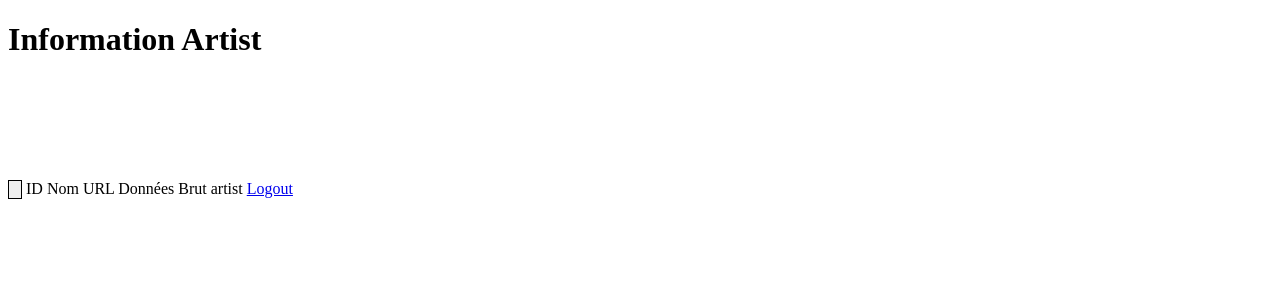
Repository: laurentbul/ApplicationEssai
Page: http://localhost/code/artists.php
The author's editor kept a copy of each file at every save. The page is drawn from the files as they stood at one save, then again after the next save.
The browser window is 1280 px wide. The pictures show the whole page.
The page is run by PHP 8.4 with error messages shown; the project is at /var/www/html/. The session is filled in as if someone had signed in: {"name": "Test User"}. Other server files are loaded and not shown. Queries for data that is not in the repository find no rows.

Above is the page before, as saved 2023-04-11 09:27:35.

### ncode/artists.php
<?php
    // en haut de page, avec la requête :
   // $tableau = $requete->fetchAll(PDO::FETCH_OBJ);
  //  var_dump($tableau);
    // on importe le contenu du fichier "db.php"
    include 'db.php';
    // on exécute la méthode de connexion à notre BDD
    $db = connexionBase();

    // on lance une requête pour chercher toutes les fiches d'artistes
    $requete = $db->query('SELECT * FROM artist');
    // on récupère tous les résultats trouvés dans une variable
    $tableau = $requete->fetchAll(PDO::FETCH_OBJ);
    // on clôt la requête en BDD
    $requete->closeCursor();

?>

<?php

session_start();

if (!isset($_SESSION['name'])) {
  header('location: ./index.php');
  exit;
}

?>
<!DOCTYPE html>
<html lang="fr">
<head>
    <meta charset="UTF-8">
    <meta http-equiv="X-UA-Compatible" content="IE=edge">
    <meta name="viewport" content="width=device-width, initial-scale=1.0">
    <title>PDO - Liste</title>
</head>
<body>

<h1>Information Artist</h1>

<input type="button" onclick
<?php foreach ($tableau as $alo): ?> <?= $alo->artist_id ?> <?php endforeach; ?>
    <table style="border: 1px solid ; margin-top: 100px;">
        <tr style="border: 1px solid;">
            <th  style="border: 1px solid;">ID</th>
            <th  style="border: 1px solid;">Nom</th>
            <th  style="border: 1px solid;">URL</th>
            <th  style="border: 1px solid;">Données Brut artist</th>
        </tr>

        <?php foreach ($tableau as $artist): ?>


            <tr  style="border: 1px solid;">
                <td  style="border: 1px solid;"><?= $artist->artist_id ?></td>
                <td  style="border: 1px solid;"><?= $artist->artist_name ?></td>
                <td  style="border: 1px solid;"><?= $artist->artist_url ?></td>
                <td  style="border: 1px solid;">  <?php var_dump($artist); // Le var_dump() est écrit à titre informatif ?></td>

            </tr>

        <?php endforeach; ?>

    </table>
    <a href="./logout.php" class="information__button">Logout</a>
</body>
</html>

### ncode/db.php
<?php
function ConnexionBase() {

    try
    {
        $connexion = new PDO('mysql:host=localhost;charset=utf8;dbname=record', 'root', '');
        $connexion->setAttribute(PDO::ATTR_ERRMODE, PDO::ERRMODE_EXCEPTION);
        return $connexion;

    } catch (Exception $e) {
        echo "Erreur : " . $e->getMessage() . "<br>";
        echo "N° : " . $e->getCode();
        die("Fin du script");
    }
}
?>

After the next save:
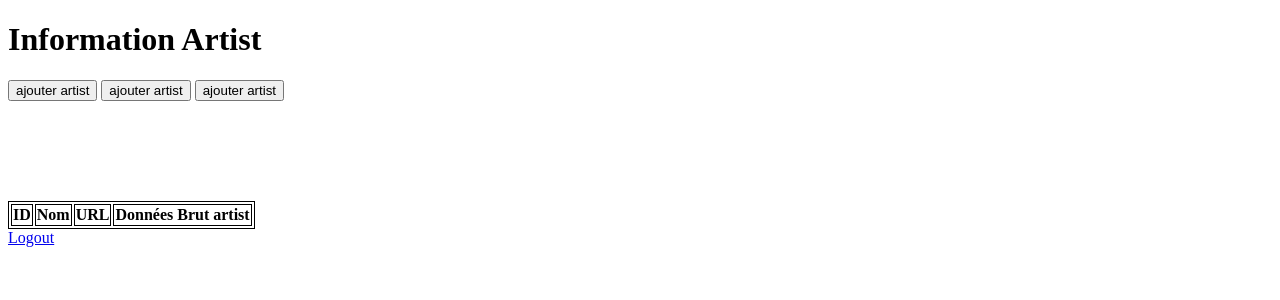
Saved 12 min 17 s later.
--- a/ncode/artists.php
+++ b/ncode/artists.php
@@ -38,7 +38,10 @@ if (!isset($_SESSION['name'])) {
 
 <h1>Information Artist</h1>
 
-<input type="button" onclick
+<button onclick ="document.location='localhost/code/ncode/script_artist_ajout.php'"> ajouter artist  </button>
+<button onclick ="document.location='localhost/code/ncode/script_artist_delete.php'"> ajouter artist  </button>
+<button onclick ="document.location='localhost/code/ncode/script_artist_modif.php'"> ajouter artist  </button>
+
 <?php foreach ($tableau as $alo): ?> <?= $alo->artist_id ?> <?php endforeach; ?>
     <table style="border: 1px solid ; margin-top: 100px;">
         <tr style="border: 1px solid;">
